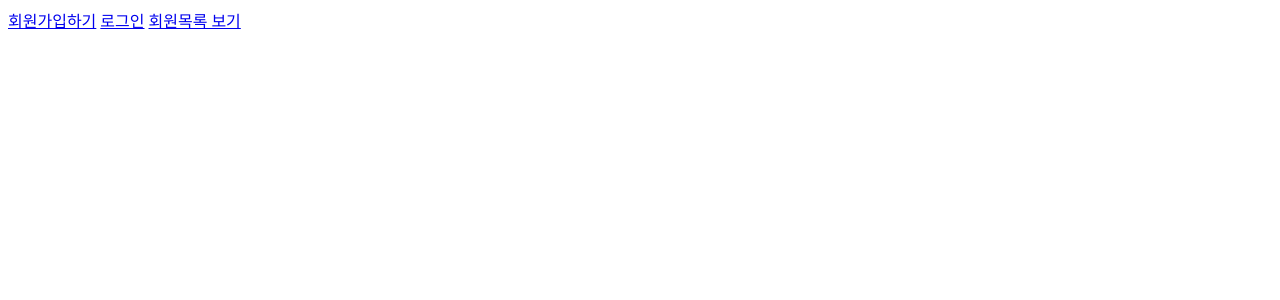
Repository: emthrology/servertest
Page: apache/practices/WebContent/index.html
These files come from the project's save history. The page is drawn as it stood at one moment and after the next save; the edit follows.
The browser window is 1280 px wide. The pictures show the whole page.

Above is the page before, as saved 2019-05-17 05:51:33.

### apache/practices/WebContent/index.html
<!DOCTYPE html>
<html>
<head>
<meta charset="UTF-8">
<title>메인페이지</title>
</head>
<body>
	<a href="/views/member/join.jsp">회원가입하기</a>
	<a href="/views/member/login.jsp">로그인</a>
	<a href="/callList">회원목록 보기</a>
</body>
</html>

After the next save:
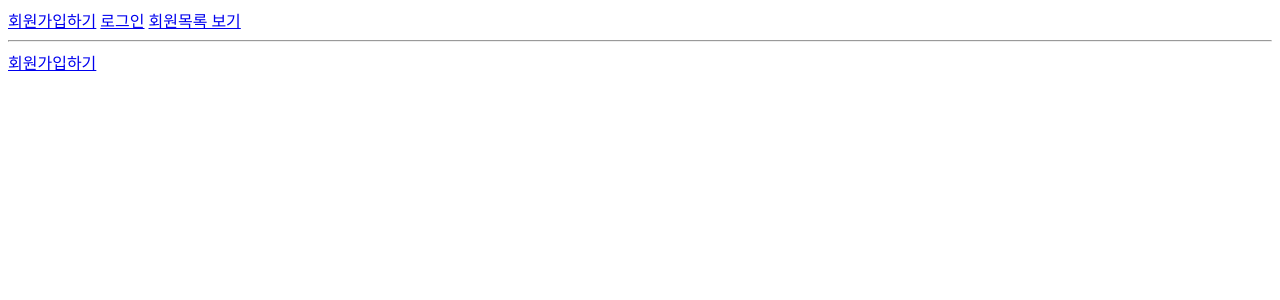
Saved 3 min 41 s later.
--- a/apache/practices/WebContent/index.html
+++ b/apache/practices/WebContent/index.html
@@ -8,5 +8,7 @@
 	<a href="/views/member/join.jsp">회원가입하기</a>
 	<a href="/views/member/login.jsp">로그인</a>
 	<a href="/callList">회원목록 보기</a>
+	<hr>
+	<a href="/views/member2/join.jsp">회원가입하기</a>
 </body>
 </html>
